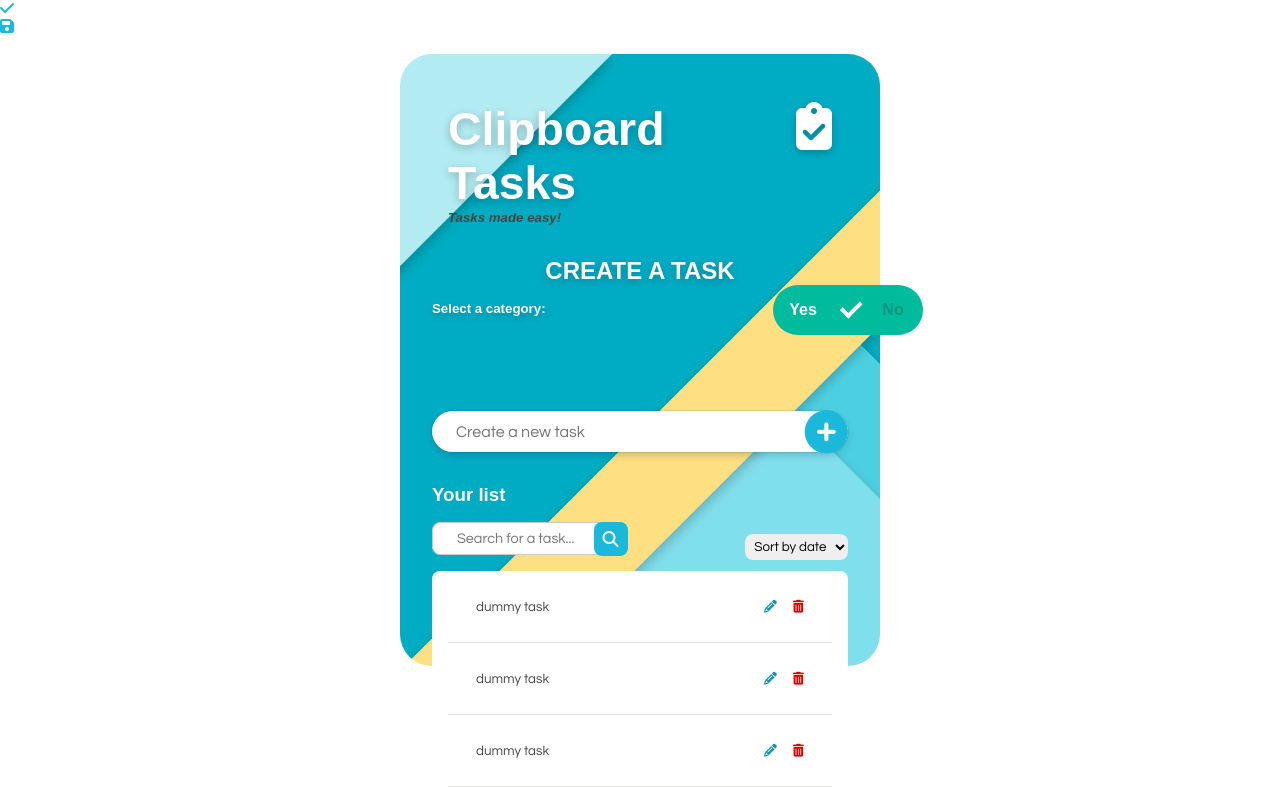
Repository: WesleyErasmus/Todo-App
Page: todoApp.html
The author's editor kept a copy of each file at every save. The page is drawn from the files as they stood at one save, then again after a run of saves.
The browser window is 1280 px wide. The pictures show the whole page.
Some web fonts or font styles are not loaded; a fallback is used. Some web libraries are served in a nearby version.

Above is the page before, as saved 2022-06-12 17:01:23.

After the next 4 saves:
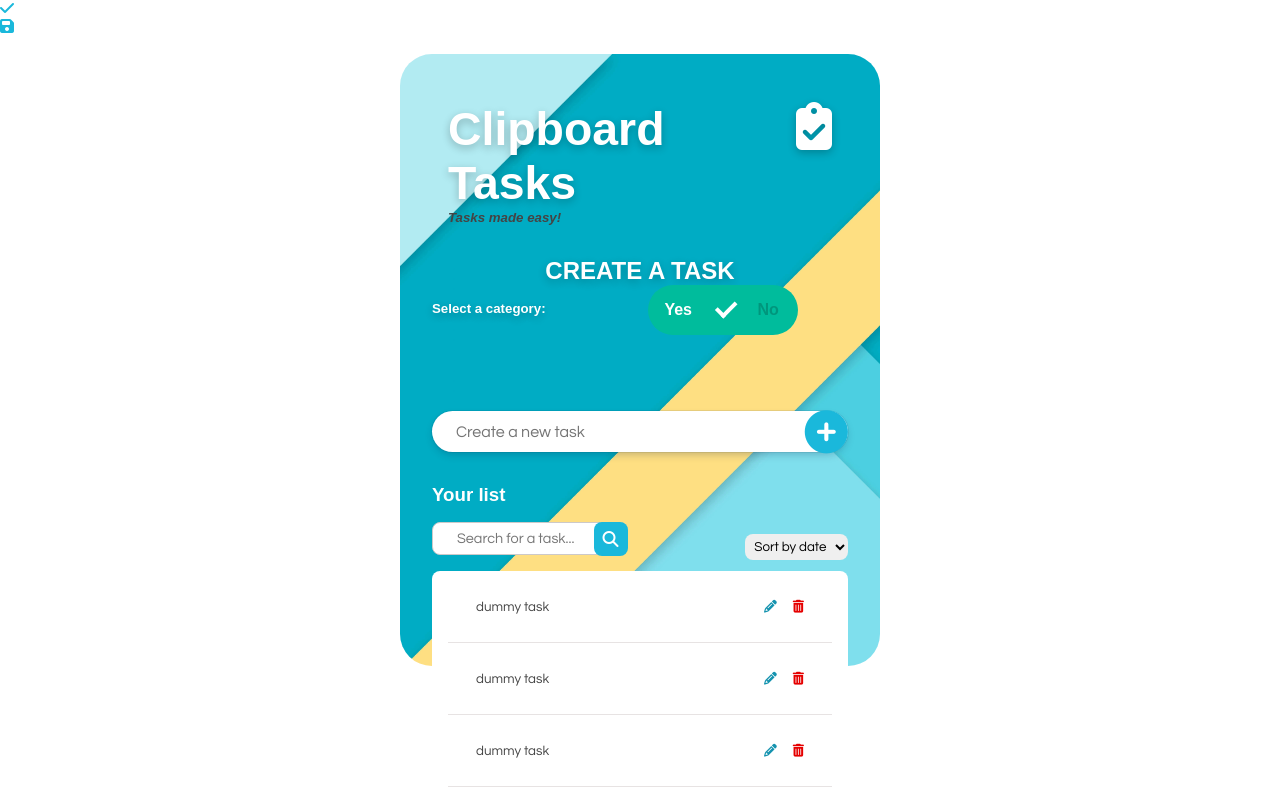
The 4 saves are shown as one change because they came seconds apart.
The last was saved 22 s later.
--- a/source/css/todoApp.css
+++ b/source/css/todoApp.css
@@ -340,6 +340,7 @@ option {
 }
 
 .toggle-radio {
+    left: -30%;
     /* top: 20px; */
     position: relative;
 }
